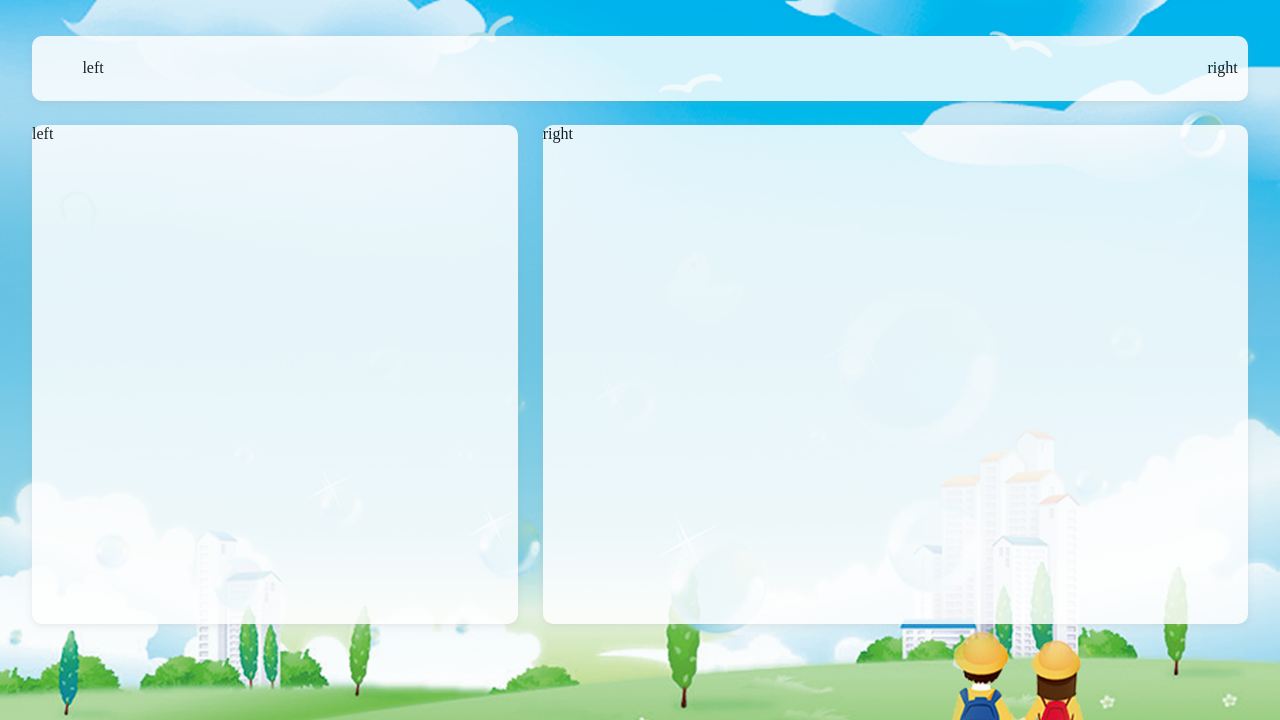
Repository: huangdesheng/classBrand
Page: / (app in classBrand/)
These files come from the project's save history. The page is drawn as it stood at one moment and after the next save; the edit follows.
The browser window is 1280 px wide. The pictures show the whole page.
The project was rebuilt for these pictures with package versions that can differ from the ones it lists, and the page was loaded fresh each time.

Above is the page before, as saved 2019-08-23 09:55:32.

After the next save:
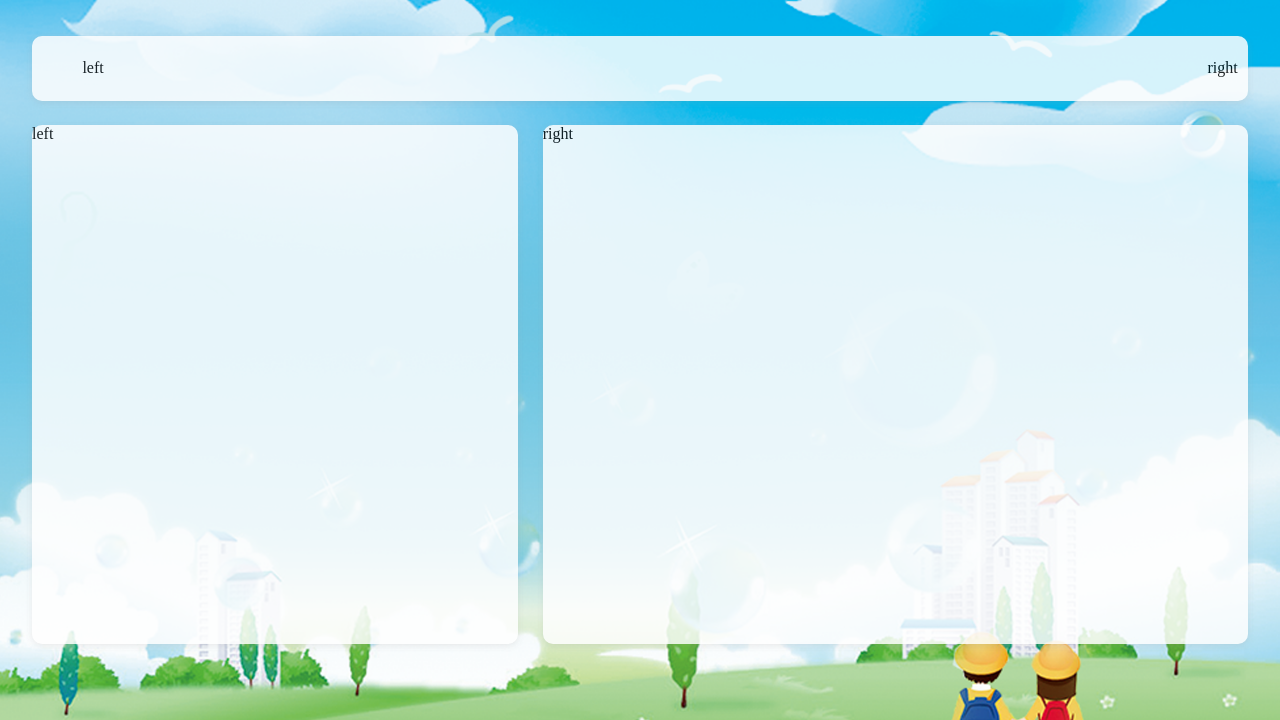
Saved 8 s later.
--- a/classBrand/src/views/index/index.vue
+++ b/classBrand/src/views/index/index.vue
@@ -50,7 +50,7 @@ export default {};
     .flex;
     width: 100%;
     margin-top: 2%;
-    height: 77%;
+    height: 80%;
     aside {
       .bt;
       height: 100%;
